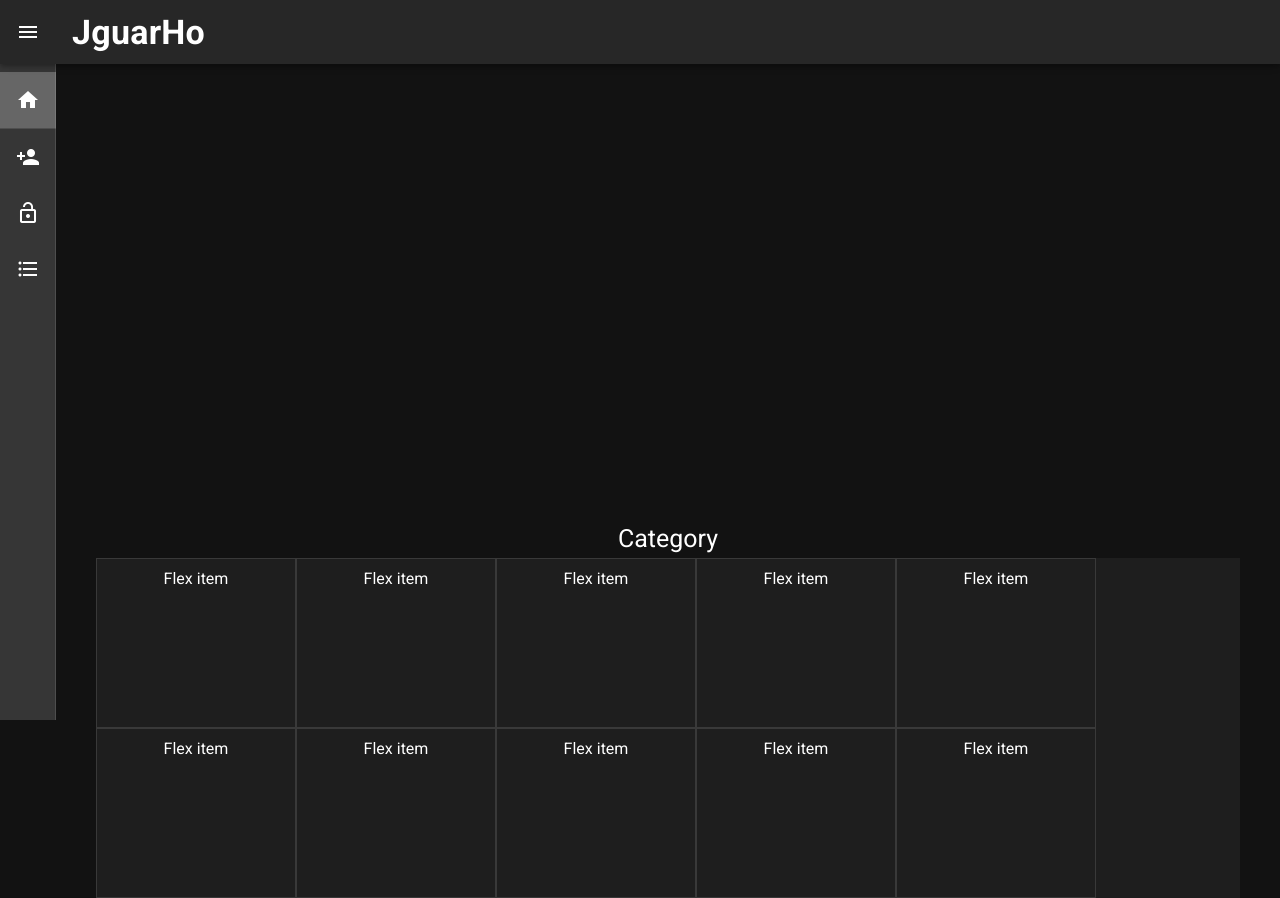
Repository: agent501/MRMS
Page: /
These files come from the project's save history. The page is drawn as it stood at one moment and after a run of saves; the edit follows.
The browser window is 1280 px wide. The pictures show the whole page.
The page's requests for data from a server got no answer. The project was rebuilt for these pictures with package versions that can differ from the ones it lists, and the page was loaded fresh each time. No one was signed in, and anything a server would have sent is missing. Also part of the build but not shown: vue.config.js, src/components/Product/products.vue, src/components/Product/product.vue, src/components/Product/createproduct.vue, src/components/User/signin.vue, src/components/User/signup.vue, src/components/User/profile.vue, src/components/Shared/Alert.vue and 2 more. Imported but missing from the stored project, and not drawn on this page: src/router/auth-guard.js.

Above is the page before, as saved 2020-08-05 11:25:02.

After the next 2 saves:
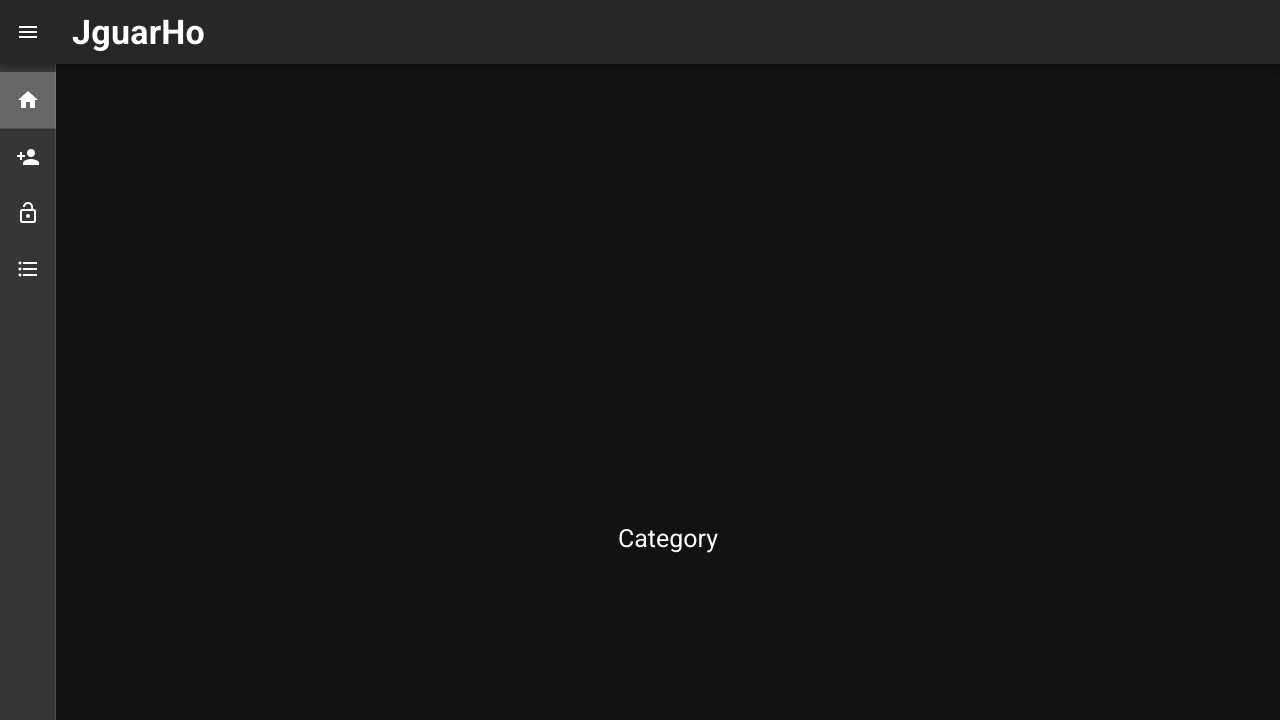
The 2 saves are shown as one change because 1 did not build or start.
The last was saved 27 s later.
--- a/src/components/Home.vue
+++ b/src/components/Home.vue
@@ -37,7 +37,7 @@
       <div class="mt-10 text-center" style="font-size:25px">Category</div>
 
       <v-card class="d-flex flex-wrap text-center" width="1200" flat tile>
-        <v-card
+        <!-- <v-card
           v-for="n in 10"
           :key="n"
           class="pa-2"
@@ -45,7 +45,7 @@
           height="170"
           outlined
           tile
-        >Flex item</v-card>
+        >Flex item</v-card>-->
       </v-card>
     </div>
   </div>
